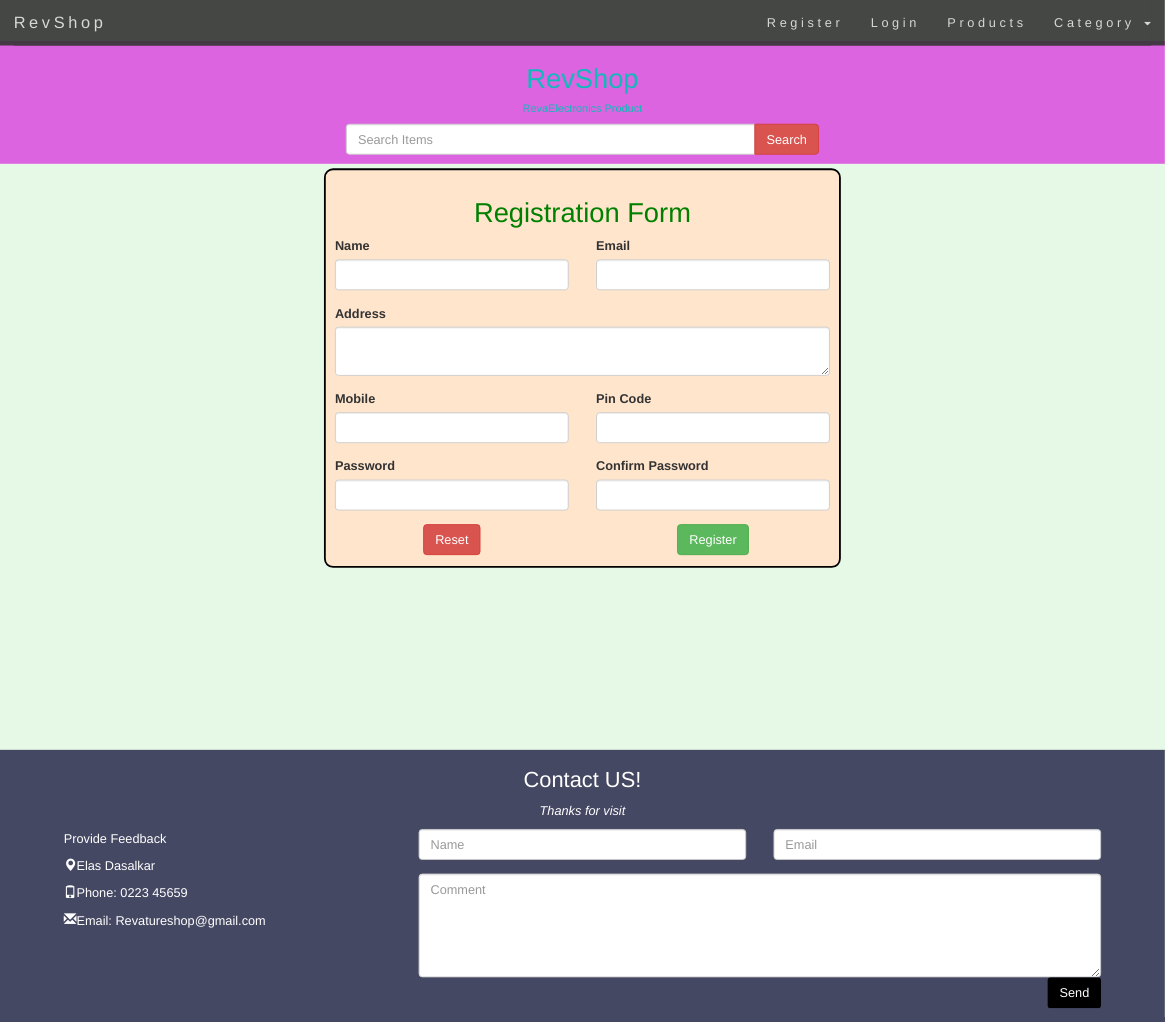
Repository: vilasdasalkar/RevaShop-Project-0
Page: http://localhost/RevShop/register.jsp
These files come from the project's save history. The page is drawn as it stood at one moment and after the next save; the edit follows.
The browser window is 1280 px wide. The pictures show the whole page, at 91% of full size.
The page is served by Tomcat 10. Other server files are loaded and not shown.

Above is the page before, as saved 2024-08-30 07:52:09.

### RevShop/src/main/webapp/register.jsp
<%@ page language="java" contentType="text/html; charset=UTF-8"
    pageEncoding="UTF-8"%>
<!DOCTYPE html>
<html>

<meta charset="UTF-8">
<title>Register</title>
<link rel="stylesheet"
	href="https://maxcdn.bootstrapcdn.com/bootstrap/3.4.0/css/bootstrap.min.css">
<link rel="stylesheet" href="css/changes.css">
<script
	src="https://ajax.googleapis.com/ajax/libs/jquery/3.4.1/jquery.min.js"></script>
<script
	src="https://maxcdn.bootstrapcdn.com/bootstrap/3.4.0/js/bootstrap.min.js"></script>
</head>
<body style="background-color: #E6F9E6;">

	<%@ include file="header.jsp"%>
	<%
	String message = request.getParameter("message");
	%>
	<div class="container">
		<div class="row"
			style="margin-top: 5px; margin-left: 2px; margin-right: 2px;">

			<form action="./RegisterServlet" method="post"
				class="col-md-6 col-md-offset-3"
				style="border: 2px solid black; border-radius: 10px; background-color: #FFE5CC; padding: 10px;">
				<div style="font-weight: bold;" class="text-center">
					<h2 style="color: green;">Registration Form</h2>
					<%
					if (message != null) {
					%>
					<p style="color: blue;">
						<%=message%>
					</p>
					<%
					}
					%>
				</div>
				<div></div>
				<div class="row">
					<div class="col-md-6 form-group">
						<label for="first_name">Name</label> <input type="text"
							name="username" class="form-control" id="first_name"
							name="first_name" required>
					</div>
					<div class="col-md-6 form-group">
						<label for="last_name">Email</label> <input type="email"
							name="email" class="form-control" id="last_name" name="last_name"
							required>
					</div>
				</div>
				<div class="form-group">
					<label for="last_name">Address</label>
					<textarea name="address" class="form-control" id="last_name"
						name="last_name" required></textarea>
				</div>
				<div class="row">
					<div class="col-md-6 form-group">
						<label for="last_name">Mobile</label> <input type="number"
							name="mobile" class="form-control" id="last_name"
							name="last_name" required>
					</div>
					<div class="col-md-6 form-group">
						<label for="last_name">Pin Code</label> <input type="number"
							name="pincode" class="form-control" id="last_name"
							name="last_name" required>
					</div>

				</div>
				<div class="row">
					<div class="col-md-6 form-group">
						<label for="last_name">Password</label> <input type="password"
							name="password" class="form-control" id="last_name"
							name="last_name" required>
					</div>
					<div class="col-md-6 form-group">
						<label for="last_name">Confirm Password</label> <input
							type="password" name="confirmPassword" class="form-control"
							id="last_name" name="last_name" required>
					</div>
				</div>
				<div class="row text-center">
					<div class="col-md-6" style="margin-bottom: 2px;">
						<button type="Reset" class="btn btn-danger">Reset</button>
					</div>
					<div class="col-md-6">
						<button type="submit" class="btn btn-success">Register</button>
					</div>
				</div>
			</form>
		</div>
	</div>


	<%@ include file="footer.html"%>
</body>
</html>

### RevShop/src/main/webapp/header.jsp
<%@ page language="java" contentType="text/html; charset=UTF-8"
    pageEncoding="UTF-8"%>
    <%@ page import="com.revature.service.dao.*, com.revature.service.*"%>
<!DOCTYPE html>
<html>
<head>
<title>Logout Header</title>
<meta charset="utf-8">
<meta name="viewport" content="width=device-width, initial-scale=1">
<link rel="stylesheet"
	href="https://maxcdn.bootstrapcdn.com/bootstrap/3.4.0/css/bootstrap.min.css">
<link rel="stylesheet" href="css/changes.css">
<script
	src="https://ajax.googleapis.com/ajax/libs/jquery/3.4.1/jquery.min.js"></script>
<script
	src="https://maxcdn.bootstrapcdn.com/bootstrap/3.4.0/js/bootstrap.min.js"></script>
<link rel="stylesheet"
	href="https://cdnjs.cloudflare.com/ajax/libs/font-awesome/4.7.0/css/font-awesome.min.css">

</head>
<body style="background-color: #01ff12;font-family: Verdana, sans-serif;">
	<!--Company Header Starting  -->
	<div class="container-fluid text-center"
		style="margin-top: 45px; background-color: #d811dfa2; color: rgb(16, 186, 186); padding: 5px;">
		<h2>RevShop</h2>
		<h6>RevaElectronics Product</h6>
		<form class="form-inline" action="index.jsp" method="get">
			<div class="input-group">
				<input type="text" class="form-control" size="50" name="search"
					placeholder="Search Items" required>
				<div class="input-group-btn">
					<input type="submit" class="btn btn-danger" value="Search" />
				</div>
			</div>
		</form>
		<p align="rigth"
			style="color: orange; font-weight: bold; margin-top: 5px; margin-bottom: 5px;"
			id="message"></p>
	</div>
	<!-- Company Header Ending -->

	<%
	/* Checking the user credentials */
	String userType = (String) session.getAttribute("usertype");
	if (userType == null) { //LOGGED OUT
	%>

	<!-- Starting Navigation Bar -->
	<nav class="navbar navbar-default navbar-fixed-top navbar-custom" style="background-color: #333;">
		<div class="container-fluid">
			<div class="navbar-header">
				<button type="button" class="navbar-toggle" data-toggle="collapse"
					data-target="#myNavbar">
					<span class="icon-bar"></span> <span class="icon-bar"></span> <span
						class="icon-bar"></span>
				</button>
				<a class="navbar-brand" href="index.jsp">RevShop</a>
			</div>
			<div class="collapse navbar-collapse" id="myNavbar" style="background-color: #333;">
				<ul class="nav navbar-nav navbar-right">
				<li><a href="register.jsp">Register</a></li>
					<li><a href="login.jsp">Login</a></li>
					<li><a href="index.jsp">Products</a></li>
					<li class="dropdown"><a class="dropdown-toggle"
						data-toggle="dropdown" href="#">Category <span class="caret"></span>
					</a>
						<ul class="dropdown-menu">
							<li><a href="index.jsp?type=mobile">Mobiles</a></li>
							<li><a href="index.jsp?type=tv">TVs</a></li>
							<li><a href="index.jsp?type=laptop">Laptops</a></li>
							<li><a href="index.jsp?type=camera">Camera</a></li>
							<li><a href="index.jsp?type=speaker">Speakers</a></li>
							<li><a href="index.jsp?type=tablet">Tablets</a></li>
						</ul></li>
				</ul>
			</div>
		</div>
	</nav>
	<%
	} else if ("customer".equalsIgnoreCase(userType)) {

	int notf = new CartServiceImpl().getCartCount((String) session.getAttribute("username"));
	%>
	<nav class="navbar navbar-default navbar-fixed-top">

		<div class="container-fluid">
			<div class="navbar-header">
				<button type="button" class="navbar-toggle" data-toggle="collapse"
					data-target="#myNavbar">
					<span class="icon-bar"></span> <span class="icon-bar"></span> <span
						class="icon-bar"></span>
				</button>
				<a class="navbar-brand" href="userHome.jsp"><span
					class="glyphicon glyphicon-home">&nbsp;</span>RevShop</a>
			</div>

			<div class="collapse navbar-collapse" id="myNavbar">
				<ul class="nav navbar-nav navbar-right">
					<li><a href="userHome.jsp"><span
							class="glyphicon glyphicon-home">Products</span></a></li>
					<li class="dropdown"><a class="dropdown-toggle"
						data-toggle="dropdown" href="#">Category <span class="caret"></span>
					</a>
						<ul class="dropdown-menu">
							<li><a href="userHome.jsp?type=mobile">Mobiles</a></li>
							<li><a href="userHome.jsp?type=tv">TV</a></li>
							<li><a href="userHome.jsp?type=laptop">Laptops</a></li>
							<li><a href="userHome.jsp?type=camera">Camera</a></li>
							<li><a href="userHome.jsp?type=speaker">Speakers</a></li>
							<li><a href="userHome.jsp?type=tablet">Tablets</a></li>
						</ul></li>
					<%
					if (notf == 0) {
					%>
					<li><a href="cartDetails.jsp"> <span
							class="glyphicon glyphicon-shopping-cart"></span>Cart
					</a></li>

					<%
					} else {
					%>
					<li><a href="cartDetails.jsp"
						style="margin: 0px; padding: 0px;" id="mycart"><i
							data-count="<%=notf%>"
							class="fa fa-shopping-cart fa-3x icon-white badge"
							style="background-color: #333; margin: 0px; padding: 0px; padding-bottom: 0px; padding-top: 5px;">
						</i></a></li>
					<%
					}
					%>
					<li><a href="orderDetails.jsp">Orders</a></li>
					<li><a href="userProfile.jsp">Profile</a></li>
					<li><a href="./LogoutServlet">Logout</a></li>
				</ul>
			</div>
		</div>
	</nav>
	<%
	} else {
	%>
	<nav class="navbar navbar-default navbar-fixed-top">
		<div class="container-fluid">
			<div class="navbar-header">
				<button type="button" class="navbar-toggle" data-toggle="collapse"
					data-target="#myNavbar">
					<span class="icon-bar"></span> <span class="icon-bar"></span> <span
						class="icon-bar"></span>
				</button>
				<a class="navbar-brand" href="adminViewProduct.jsp"><span
					class="glyphicon glyphicon-home">&nbsp;</span>RevShop</a>
			</div>
			<div class="collapse navbar-collapse" id="myNavbar">
				<ul class="nav navbar-nav navbar-right">
					<li><a href="adminViewProduct.jsp">Products</a></li>
					<li class="dropdown"><a class="dropdown-toggle"
						data-toggle="dropdown" href="#">Category <span class="caret"></span>
					</a>
						<ul class="dropdown-menu">
							<li><a href="adminViewProduct.jsp?type=mobile">Mobiles</a></li>
							<li><a href="adminViewProduct.jsp?type=tv">Tvs</a></li>
							<li><a href="adminViewProduct.jsp?type=laptop">Laptops</a></li>
							<li><a href="adminViewProduct.jsp?type=camera">Camera</a></li>
							<li><a href="adminViewProduct.jsp?type=speaker">Speakers</a></li>
							<li><a href="adminViewProduct.jsp?type=tablet">Tablets</a></li>
						</ul></li>
					<li><a href="adminStock.jsp">Stock</a></li>
					<li><a href="shippedItems.jsp">Shipped</a></li>
					<li><a href="unshippedItems.jsp">Orders</a></li>
					<!-- <li><a href=""> <span class="glyphicon glyphicon-shopping-cart"></span>&nbsp;Cart</a></li> -->
					<li class="dropdown"><a class="dropdown-toggle"
						data-toggle="dropdown" href="#">Update Items <span
							class="caret"></span>
					</a>
						<ul class="dropdown-menu">
							<li><a href="addProduct.jsp">Add Product</a></li>
							<li><a href="removeProduct.jsp">Remove Product</a></li>
							<li><a href="updateProductById.jsp">Update Product</a></li>
						</ul></li>
					<li><a href="./LogoutServlet">Logout</a></li>

				</ul>
			</div>
		</div>
	</nav>
	<%
	}
	%>
	<!-- End of Navigation Bar -->
</body>
</html>

### RevShop/src/main/webapp/footer.html
<!DOCTYPE html>
<html>
<head>
<title>ShopMart</title>
<meta name="viewport" content="width=device-width, initial-scale=1">
<meta charset="utf-8">
<meta name="viewport" content="width=device-width, initial-scale=1">
<link rel="stylesheet"
	href="https://maxcdn.bootstrapcdn.com/bootstrap/3.4.0/css/bootstrap.min.css">
<script
	src="https://ajax.googleapis.com/ajax/libs/jquery/3.4.1/jquery.min.js"></script>
<script
	src="https://maxcdn.bootstrapcdn.com/bootstrap/3.4.0/js/bootstrap.min.js"></script>
<link rel="stylesheet" href="css/changes.css">
</head>
<body style="background-color: rgb(255, 255, 255);">
	<!-- Start the footer Contacts -->
	<!-- <a name="contact"></a> -->
	<div class="container-fluid"
		style="background-color: #454862; color: white; margin-top: 200px;">
		<div class="container">
			<h3 class="text-center">Contact US!</h3>
			<p class="text-center">
				<em>Thanks for visit</em>
			</p>
			<div class="row test">
				<div class="col-md-4">
					<p>Provide Feedback</p>
					<p>
						<span class="glyphicon glyphicon-map-marker"></span>Elas Dasalkar
					</p>
					<p>
						<span class="glyphicon glyphicon-phone"></span>Phone: 0223 45659

					</p>
					<p>
						<span class="glyphicon glyphicon-envelope"></span>Email:
						Revatureshop@gmail.com
					</p>

				</div>
				<div class="col-md-8">
					<form action="fansMessage" method="post">
						<div class="row">
							<div class="col-sm-6 form-group">
								<input class="form-control" id="name" name="name"
									placeholder="Name" type="text" required>
							</div>
							<div class="col-sm-6 form-group">
								<input class="form-control" id="email" name="email"
									placeholder="Email" type="email" required>
							</div>
						</div>
						<textarea class="form-control" id="comments" name="comments"
							placeholder="Comment" rows="5" required></textarea>
						<div class="row">
							<div class="col-md-12 form-group">
								<button class="btn pull-right" type="submit">Send</button>
							</div>
						</div>
					</form>
				</div>
			</div>
		</div>
	</div>
	<!-- End of Contact or about us -->

</body>
</html>

Loaded but not shown: RevShop/src/main/webapp/css/changes.css (common file)

After the next save:
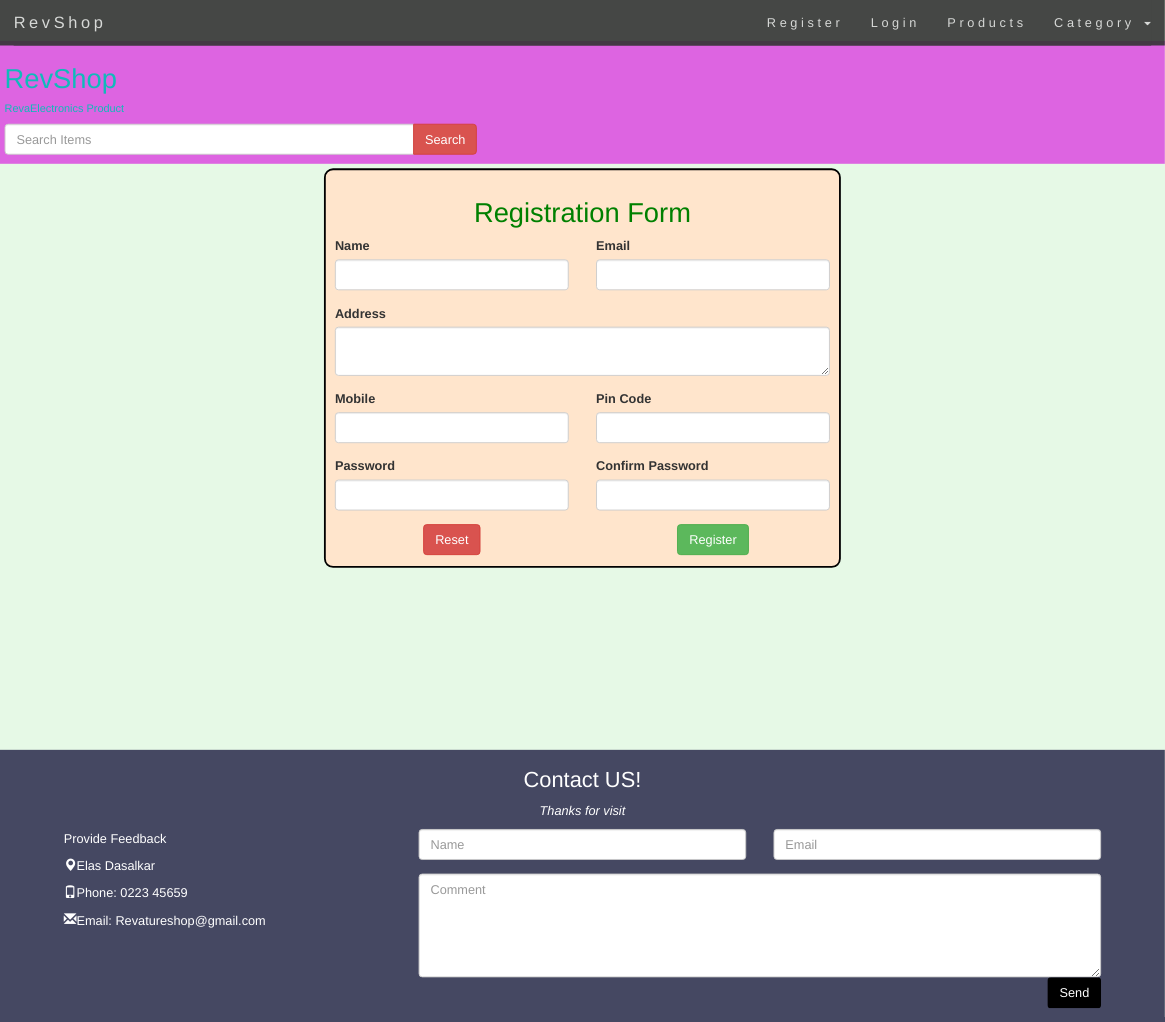
Saved 9 min 46 s later.
--- a/RevShop/src/main/webapp/header.jsp
+++ b/RevShop/src/main/webapp/header.jsp
@@ -20,7 +20,7 @@
 </head>
 <body style="background-color: #01ff12;font-family: Verdana, sans-serif;">
 	<!--Company Header Starting  -->
-	<div class="container-fluid text-center"
+	<div class="left"
 		style="margin-top: 45px; background-color: #d811dfa2; color: rgb(16, 186, 186); padding: 5px;">
 		<h2>RevShop</h2>
 		<h6>RevaElectronics Product</h6>
